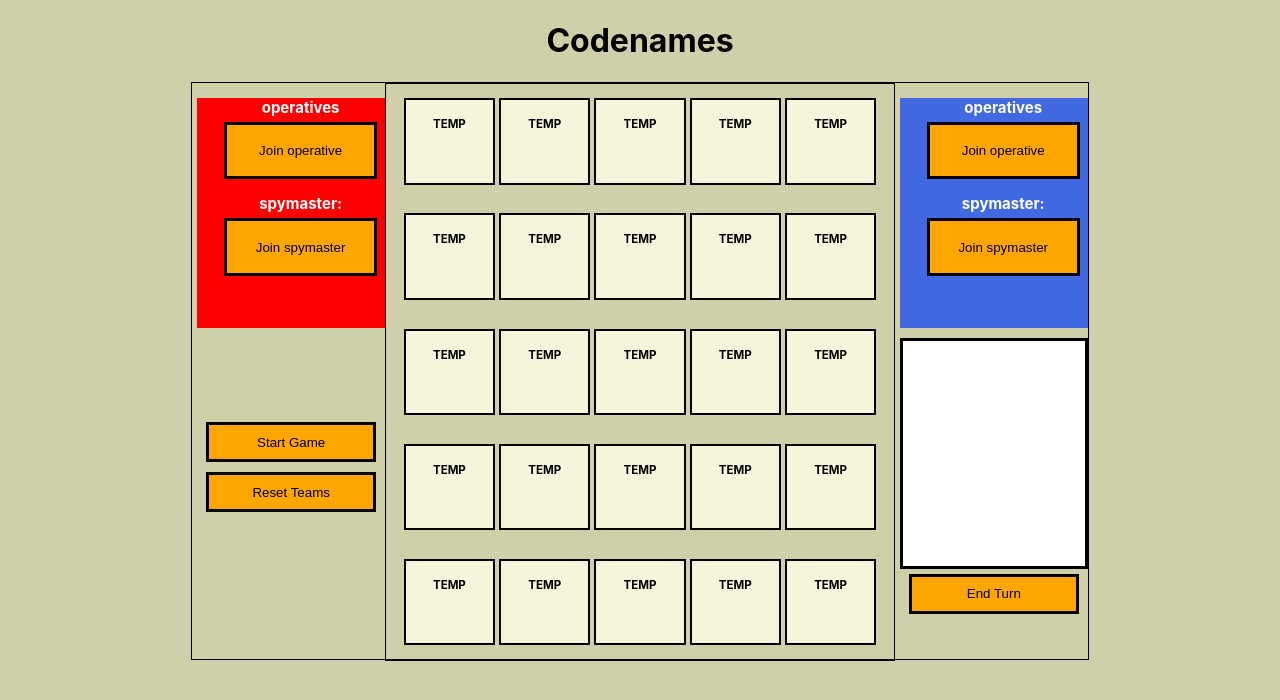
Repository: alcarrizo/Codenames-Fullstack
Page: / (app in client/)
The author's editor kept a copy of each file at every save. The page is drawn from the files as they stood at one save, then again after a run of saves.
The browser window is 1280 px wide. The pictures show the whole page.
The project was rebuilt for these pictures with package versions that can differ from the ones it lists, and the page was loaded fresh each time. Imported but missing from the stored project, and not drawn on this page: client/src/reportWebVitals.

Above is the page before, as saved 2023-01-09 22:12:59.

### client/src/index.js
import React from 'react';
import ReactDOM from 'react-dom/client';
import './index.css';
import App from './App';
import reportWebVitals from './reportWebVitals';
import './css/styles.css'


const root = ReactDOM.createRoot(document.getElementById('root'));
root.render(
  <React.StrictMode>
    <App />
  </React.StrictMode>
);

// If you want to start measuring performance in your app, pass a function
// to log results (for example: reportWebVitals(console.log))
// or send to an analytics endpoint. Learn more: https://bit.ly/CRA-vitals
reportWebVitals();

### client/src/App.js
import logo from './logo.svg';
import './App.css';
import { useState, useEffect } from 'react';

const Wrapper = ({ cards, revealCard }) => {
  return (
    <div className='wrapper'>
      <PlayerSide className="red" />
      <Board revealCard={revealCard} cards={cards} />
      <PlayerSide className="blue" />
      <div className='win-screen hide' id='win-screen'></div>
    </div>
  )
}

const Card = ({ card, className, revealCard, cardId }) => {

  className = card.clicked ? className + " " + card.team : className
  return (
    <div className={className} onClick={() => revealCard(cardId)}>
      {card.word === null ? 'temp' : card.word}
    </div >
  )
}
const PlayerSide = ({ className }) => {
  if (className === 'red') {
    return (
      <div className={className + "Side"}>
        <PlayerInfo className={className} />
        <div className='menu'>
          <Btn className='menuBtn' id="startBtn" name="Start Game" />
          <Btn className='menuBtn' id="resetBtn" name="Reset Teams" />
        </div>
      </div>
    )
  }
  else {
    return (
      <div className={className + "Side"}>
        <PlayerInfo className={className} />
        <div className='clue-log'></div>
        <Btn className='menuBtn' id="endTurn" name="End Turn" />
      </div>
    )
  }
}
const PlayerInfo = ({ className }) => {
  return (
    <div className={className + "Team"}>
      <p>operatives </p>
      <p id={className + '-operative-players'}></p>
      <Btn className="join-button" id={className + '-join-operative'} name="Join operative" />
      <p>spymaster: </p>
      <p id={className + '-spymaster-players'}></p>
      <Btn className="join-button" id={className + '-join-spymaster'} name="Join spymaster" />
      <p id={className + '-remaining-cards'}></p>
    </div>
  )

}

const Btn = (props) => {
  return (
    <button id={props.id} className={props.className}>{props.name}</button>
  )
}

const Board = ({ cards, revealCard }) => {

  return (
    <div className='gameBoard'>
      {
        cards.map((card, id) =>
          <Card
            key={id}
            cardId={id}
            className="card"
            card={card}
            revealCard={revealCard} />
        )
      }

    </div>
  )
}

const App = () => {

  const [cards, setCards] = useState(Array(25).fill({
    id: 0,
    word: null,
    team: 'beige',
    clicked: false
  }).map((c, i) => {
    return {
      id: i,
      word: null,
      team: 'beige',
      clicked: false
    }
  }
  ))
  console.log(cards[0].id)

  const revealCard = (id) => {
    const revealedCard = {
      ...cards[id], clicked: !cards[id].clicked
    }
    const newCards = cards.map(c => c.word === revealedCard.word ? revealedCard : c)
  }


  return (
    <div className="App">
      <h1>Codenames</h1>

      <Wrapper revealCard={revealCard} cards={cards} />
      <div className='clue-area hide' id='clue-area'>
        <input className='clue-text' id='clue-text' type="text" />
        <div className="rangeDiv" id="rangeDiv">
          <input className="clue-range" id='clueRange' type="range" autoComplete='off' min="0" max="10" defaultValue="0" />
          <h3 className="range-number" id="rangeNumber">0</h3>
        </div>
        <Btn className="clue-submit" id="clue-submit" name="Give Clue" />
      </div>

    </div>
  );
}

export default App;

### client/src/css/styles.css
body {
    background-color: #cfcfaa;
}

body.red {
    background-color: #b44c2b;
}

body.blue {
    background-color: #4799b7;
}

.wrapper {
    position: relative;
    border: 0.05rem solid black;
    width: 70%;
    height: 80vh;
    display: flex;
    background: none;
    margin: 0 auto;

}

.gameBoard {
    display: flex;
    flex-wrap: wrap;
    justify-content: center;
    text-align: center;
    width: 35rem;
    height: 100%;
    /*   width: 500px;
    height: 500px; */
    /*width: 15rem;
    height: 15rem;
    */
    border: 0.05rem solid black;
    margin: auto;
}



.card {
    /* background-color: royalblue; */
    background-color: beige;
    box-sizing: border-box;
    /*width: 75px;
    height: 65px;
  */
    /*   width: 5.5rem;
    height: 5rem; */
    width: 18%;
    height: 15%;
    margin: auto 2px;
    border: 2px black solid;
    font-size: .9vw;
    padding-top: 17px;
    text-transform: uppercase;
    font-weight: bold;
    transition: none;
}

.card.blue {
    background-color: royalblue;

}

.card.red {
    background-color: #ff6000;
}

.card.black {
    background-color: black;
    color: white;

}

.card.beige {
    background-color: #b9b979;
}

.card.blue,
.card.red,
.card.black,
.card.beige {
    transition: background-color 1s;
}

.card.blue.picked,
.card.red.picked,
.card.black.picked,
.card.beige.picked {
    transition: opacity 1s;
    opacity: 50%;
}


.redSide,
.blueSide {
    color: white;
    height: 100%;
    width: 13rem;
    font-size: 15px;
    font-weight: bold;
    padding-left: 5px;
    padding-bottom: 10px;
    margin: 0 auto;
}

.blueTeam,
.redTeam {
    height: 40%;
    margin-top: 10px;
    padding-left: 10%;

    box-sizing: border-box;
}

.redTeam {
    background-color: red;

}

.blueTeam {
    background-color: royalblue;

}

.blueSide {
    height: 100%;
}

.join-button {
    display: block;
    width: 90%;
    height: 25%;
    margin: -10px auto 0;
    background-color: orange;
    border: black solid 3px;
}

.join-button.hide {
    display: none;
}

.menuBtn {
    display: block;
    width: 90%;
    height: 40px;
    margin: 0 auto;
    background-color: orange;
    border: black solid 3px;
    margin-bottom: 10px;


}

.menuBtn.hide {
    display: none;
}

.menu {
    display: block;
    width: 100%;
    margin-top: 50%;
}

.clue-log {
    color: black;
    width: 100%;
    height: 40%;
    margin: 10px 0 5px;
    padding-left: 10px;
    background-color: white;
    box-sizing: border-box;
    border: black solid 3px;
    overflow-y: auto;
    line-height: 1.5;
}

.rangeDiv {
    display: inline-block;
    text-align: center;

}

.rangeDiv h3 {
    margin: 0;
    display: inline-block;
}

.clue-area {
    margin: 10px auto 0;
    width: 400px;
    height: 50px;
    margin-bottom: 15px;
}

.clue-area.hide {
    display: none;
}

.clue-submit {
    display: block;
    margin: 10px auto 0;
}

.win-screen {
    box-sizing: border-box;
    position: absolute;
    width: 30%;
    height: 30%;
    background-color: orange;
    top: 35%;
    left: 35%;
    text-align: center;
    font-size: 35px;
    line-height: 170px;
    font-weight: 800;
    border: black solid 3px;

}

.win-screen.hide {
    display: none;
}

Loaded but not shown: client/public/index.html (common file); client/src/index.css (common file); client/src/App.css (common file)

After the next 2 saves:
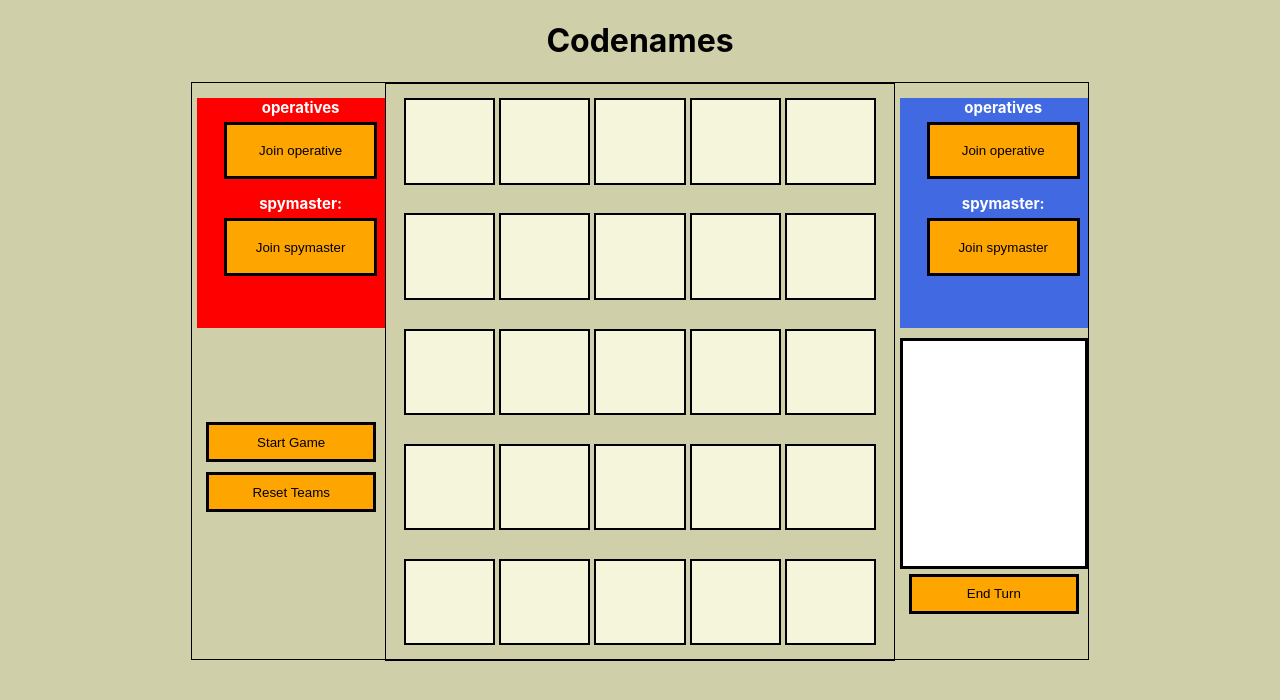
The 2 saves are shown as one change because they came seconds apart.
The last was saved 51 s later.
--- a/client/src/App.js
+++ b/client/src/App.js
@@ -91,14 +91,7 @@
     word: null,
     team: 'beige',
     clicked: false
-  }).map((c, i) => {
-    return {
-      id: i,
-      word: null,
-      team: 'beige',
-      clicked: false
-    }
-  }
+  }).map((c, i) => c.id
   ))
   console.log(cards[0].id)
 

After the 5 saves that followed:
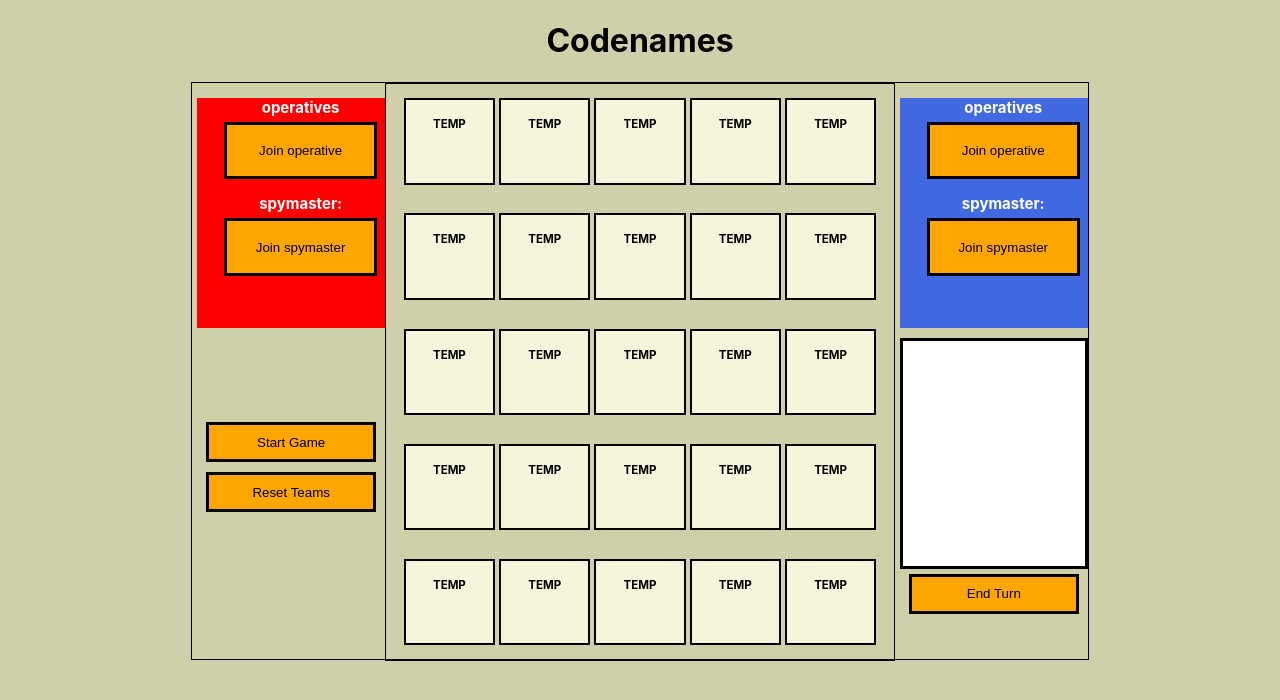
The 5 saves are shown as one change because 2 did not build or start and 1 left the picture as it was and some came seconds apart.
The last was saved 85 s later.
--- a/client/src/App.js
+++ b/client/src/App.js
@@ -91,7 +91,14 @@
     word: null,
     team: 'beige',
     clicked: false
-  }).map((c, i) => c.id
+  }).map((c, i) => {
+    return {
+      id: i,
+      word: null,
+      team: 'beige',
+      clicked: false
+    }
+  }
   ))
   console.log(cards[0].id)
 
